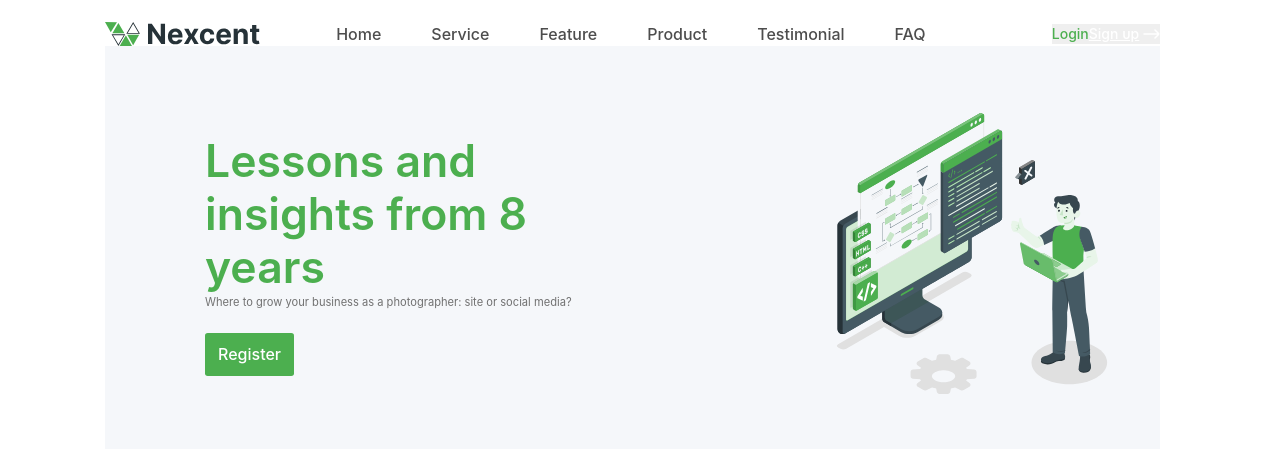
Repository: kubrazamanova/Folder4
Page: homePage/index.html
The author's editor kept a copy of each file at every save. The page is drawn from the files as they stood at one save, then again after a run of saves.
The browser window is 1280 px wide. The pictures show the whole page.

Above is the page before, as saved 2023-11-11 11:39:48.

### homePage/index.html
<!DOCTYPE html>
<html lang="en">
  <head>
    <meta charset="UTF-8" />
    <meta name="viewport" content="width=device-width, initial-scale=1.0" />
    <link rel="stylesheet" href="index.css" />
    <title>Document</title>
  </head>
  <body>

    <div class="container">
      <nav>
        <img src="../images/Logo.svg" alt="">
        <ul>

          <li>
            <a href="#">Home</a>
          </li>

          <li>
            <a href="#">Service</a>
          </li>
          <li>
            <a href="#">Feature</a>
          </li>

          <li>
            <a href="#">Product</a>
          </li>

          <li>
            <a href="#">Testimonial</a>
          </li>

          <li>
            <a href="#">FAQ</a>
          </li>

        </ul>
        <div class="buttons-box">
            <button class="login-btn">
                <a href="">Login</a>
            </button>
            <button class="signup-btn">
                <a href="#">Sign up</a>
                <svg xmlns="http://www.w3.org/2000/svg" width="17" height="10" viewBox="0 0 17 10" fill="none">
                    <path d="M12 9L15.2929 5.70711C15.6834 5.31658 15.6834 4.68342 15.2929 4.29289L12 1M15 5L1 5" stroke="white" stroke-width="1.5" stroke-linecap="round"/>
                    </svg>
            </button>
        </div>
      </nav>

      <div class="box2">
        <div class="left-side">
          <h1>Lessons and insights from 8 years</h1>
          <h2>
            Where to grow your business as a photographer: site or social media?
          </h2>
          <a href="#">Register</a>
        </div>

        <div class="right-side">
          <img src="../images/Illustration.svg" alt="" />
        </div>
      </div>
    </div>
  </body>
</html>

### homePage/index.css
* {
  margin: 0;
  padding: 0;
  box-sizing: border-box;
}

.container {
  min-height: 100vh;
  padding: 22px 120px 96px 105px;
}
.container nav{
  display: flex;
  align-items: center;
justify-content: space-between;
}
.container nav ul {
  display: flex;
  align-items: center;
}

.container nav ul li {
  list-style-type: none;
  margin-right: 50px;
}

.container nav ul li a {
  color: var(--neutral-d-grey, #4d4d4d);
  text-align: center;
  font-family: Inter;
  font-size: 16px;
  font-style: normal;
  font-weight: 500;
  line-height: 24px;
  text-decoration: none;
}

.container nav .buttons-box{
  display: flex;
  align-items: center;
}
.container nav button{
  border: none;
}
.container nav .login-btn a{
  color: var(--brand-primary, #4CAF4F);
text-align: center;
font-feature-settings: 'salt' on, 'clig' off, 'liga' off;

/* Label / Medium Label */
font-family: Inter;
font-size: 14px;
font-style: normal;
font-weight: 500;
line-height: 20px; /* 142.857% */
text-decoration: none;
}
.container nav .signup-btn{

}
.container nav .signup-btn a{
  color: var(--default-white, #FFF);
text-align: center;
font-feature-settings: 'salt' on, 'clig' off, 'liga' off;

/* Label / Medium Label */
font-family: Inter;
font-size: 14px;
font-style: normal;
font-weight: 500;
line-height: 20px; /* 142.857% */
}

.container .box2 {
  display: flex;
  justify-content: space-between;
  align-items: center;
  padding: 66px 52px 66px 100px;
  background: var(--neutral-silver, #f5f7fa);
}

.container .box2 .left-side h1 {
  width: 450px;
  /* display: block;
    margin-top: 111px; */
  color: var(--neutral-d-grey, #4d4d4d);
  font-family: Inter;
  font-size: 44.548px;
  font-style: normal;
  font-weight: 600;
  line-height: 52.901px;
  color: var(--brand-primary, #4caf4f);
  font-family: Inter;
  font-size: 44.548px;
  font-style: normal;
  font-weight: 600;
  line-height: 52.901px;
  align-self: stretch;
}

.container .box2 .left-side h2 {
  /* display: flex;
     margin-bottom: 120px; */
  color: var(--neutral-grey, #717171);
  font-family: Inter;
  font-size: 11.137px;
  font-style: normal;
  font-weight: 400;
  line-height: 16.706px;
  margin-bottom: 22px;
}

.container .box2 .left-side a {
  width: 89px;
  text-decoration: none;
  color: var(--neutral-white, #fff);
  text-align: center;
  font-family: Inter;
  font-size: 16px;
  font-style: normal;
  font-weight: 500;
  line-height: 24px;
  display: flex;
  padding: 9.745px 22.274px;
  justify-content: center;
  align-items: center;
  gap: 6.961px;
  border-radius: 2.784px;
  background: var(--brand-primary, #4caf4f);
}

.container .box2 .right-side img {
  width: 272.163px;
  height: 283.3px;
}

After the next 3 saves:
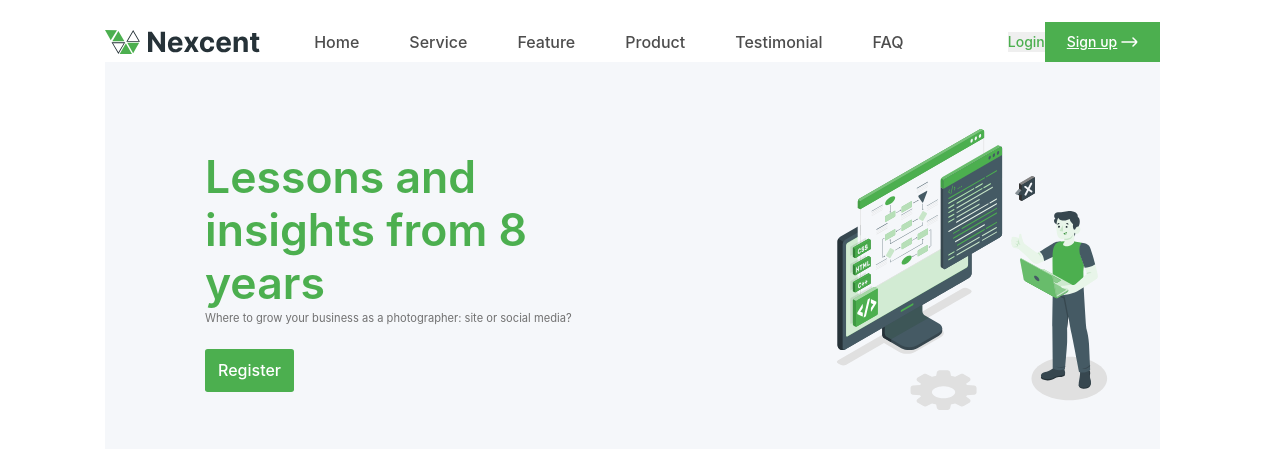
The 3 saves are shown as one change because they came seconds apart.
The last was saved 41 s later.
--- a/homePage/index.css
+++ b/homePage/index.css
@@ -55,7 +55,8 @@ line-height: 20px; /* 142.857% */
 text-decoration: none;
 }
 .container nav .signup-btn{
-
+  padding: 10px 22px;
+  background-color: #4CAF4F;
 }
 .container nav .signup-btn a{
   color: var(--default-white, #FFF);
